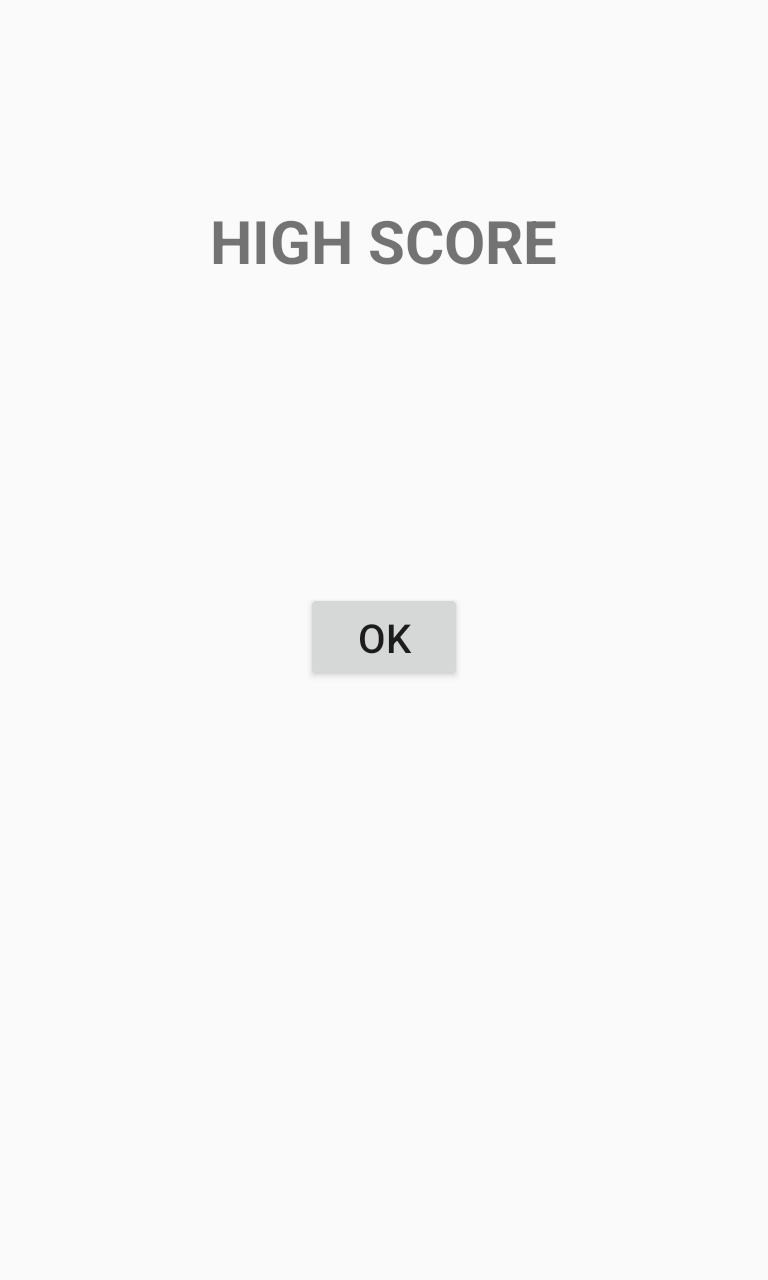
Repository: JoanneCaroll/Mathbomb
Layout: MathBomb/res/layout/activity_highscore.xml
An editor plug-in stored every save of this project. The layout is shown before and after the next save, followed by the edit.
It is drawn on a 768 x 1280 px phone screen (xhdpi) without system bars, with theme AppTheme; the app's code is not run.

Above is the layout before, as saved 2014-11-13 04:27:13.

### MathBomb/res/layout/activity_highscore.xml
<?xml version="1.0" encoding="utf-8"?>
<LinearLayout
    xmlns:android="http://schemas.android.com/apk/res/android"
    android:layout_width="match_parent"
    android:layout_height="match_parent"
    android:orientation="vertical" >

    <TextView
        android:paddingTop="100dp"
        android:paddingBottom="30dp"
        android:layout_gravity="center"
        android:id="@+id/highscoreshow"
        android:layout_width="wrap_content"
        android:layout_height="wrap_content"
        android:textSize="30dp"
        android:textStyle="bold"
        android:text="@string/highscoretitle" />

    <TextView
        android:layout_gravity="center"
        android:id="@+id/easy"
            android:layout_width="wrap_content"
            android:layout_height="wrap_content"
            android:textSize="20dp"
            android:textStyle="bold"
            android:paddingBottom="10dp"/>

    <LinearLayout
        android:layout_width="match_parent"
        android:layout_height="wrap_content"
        android:orientation="horizontal"
        android:gravity="center"
        android:paddingBottom="50dp" >

        <TextView
            android:id="@+id/score"
            android:layout_width="wrap_content"
            android:layout_height="wrap_content"
            android:textSize="20dp"
            android:paddingRight="50dp" />
        <TextView
            android:id="@+id/date"
            android:layout_width="wrap_content"
            android:layout_height="wrap_content"
            android:textSize="20dp"
            android:padding="5dp" />

   </LinearLayout>

   <Button
        android:layout_gravity="center"
       	android:id="@+id/ok_highscore"
        android:layout_width="80dp"
        android:layout_height="wrap_content"
        android:textSize="20dp"
        android:text="@string/ok"
        android:padding="10dp" />

</LinearLayout>

### MathBomb/res/values/strings.xml
<?xml version="1.0" encoding="utf-8"?>
<resources>

    <string name="app_name">MathBomb</string>
    <string name="action_settings">Settings</string>
    <string name="score">Score: </string>
    <string name="timeleft">Time Left: </string>
    <string name="highscore">High Score: </string>
    <string name="highscoretitle">HIGH SCORE</string>
    <string name="ok">Ok</string>
	<string name="setRange">Choose Range of Numbers: </string>

	<string name="menuplay">Play!</string>
	<string name="menuhighscore">High Score</string>
	<string name="menuhowtoplay">How to Play</string>
	<string name="menusettings">Settings</string>
	<string name="menuexit">Exit</string>

</resources>

Loaded but not shown: MathBomb/res/values/styles.xml (common file); MathBomb/res/values-v11/styles.xml (common file); MathBomb/res/values-v14/styles.xml (common file)

After the next save:
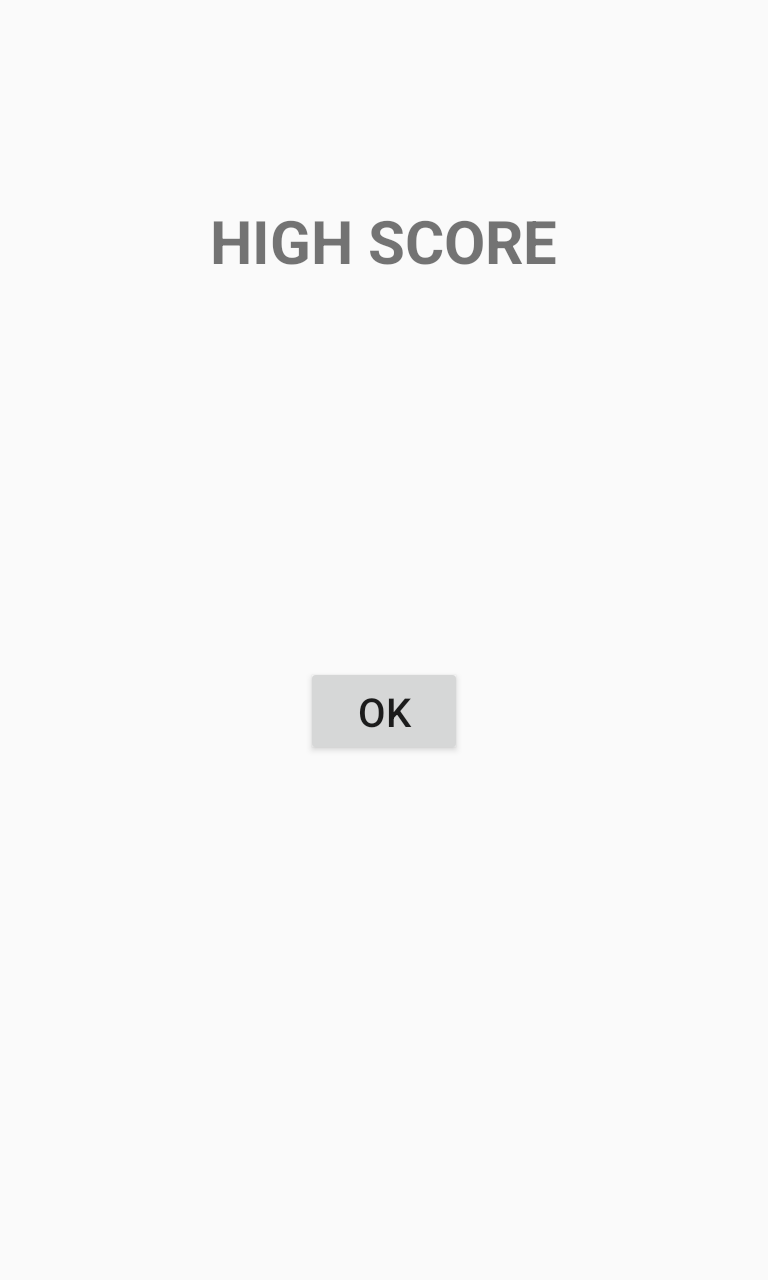
Saved 2 s later.
--- a/MathBomb/res/layout/activity_highscore.xml
+++ b/MathBomb/res/layout/activity_highscore.xml
@@ -47,6 +47,15 @@
 
    </LinearLayout>
 
+   <TextView
+        android:layout_gravity="center"
+        android:id="@+id/normal"
+            android:layout_width="wrap_content"
+            android:layout_height="wrap_content"
+            android:textSize="20dp"
+            android:textStyle="bold"
+            android:paddingBottom="10dp"/>
+
    <Button
         android:layout_gravity="center"
        	android:id="@+id/ok_highscore"
